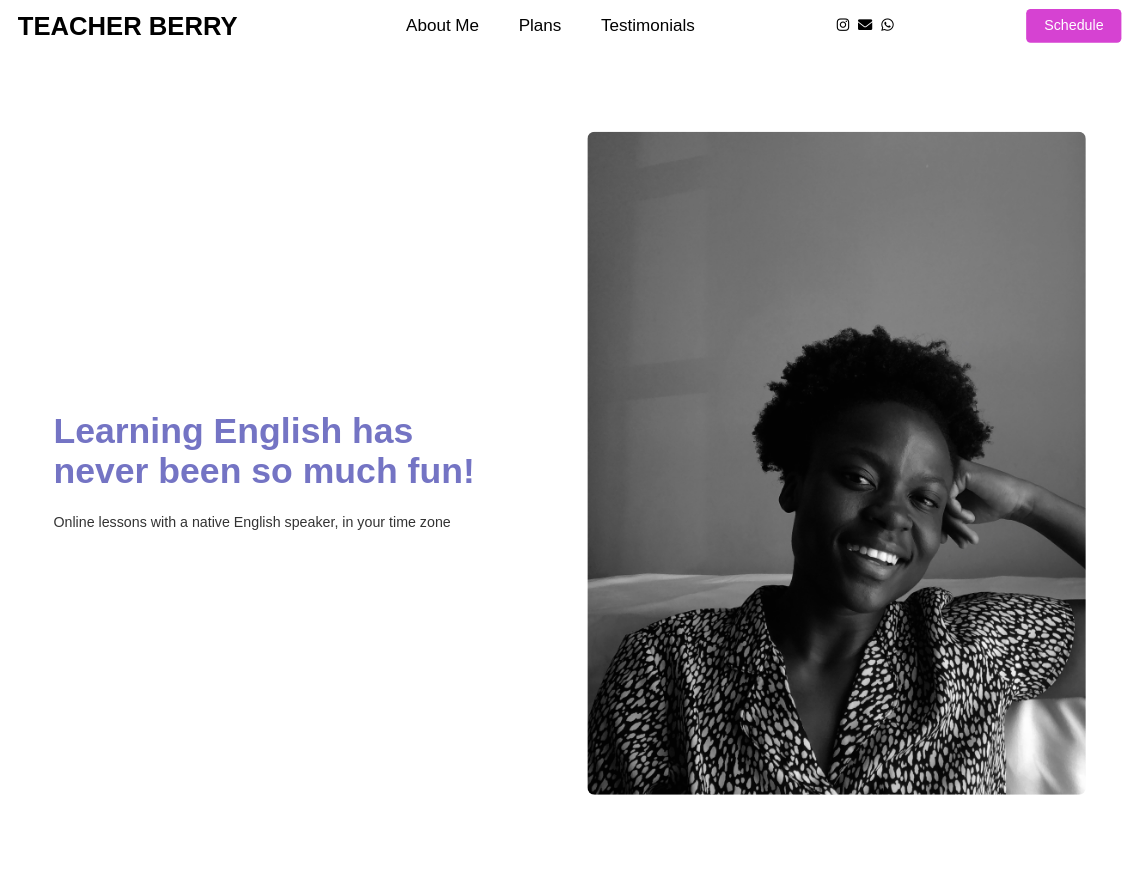
Repository: ntandomagana/esl-landing-page
Page: index.html
The author's editor kept a copy of each file at every save. The page is drawn from the files as they stood at one save, then again after the next save.
The browser window is 1280 px wide. The pictures show the whole page, at 89% of full size.

Above is the page before, as saved 2024-07-16 23:42:27.

### index.html
<!DOCTYPE html>
<html lang="en">
<head>
    <meta charset="UTF-8">
    <meta name="viewport" content="width=device-width, initial-scale=1.0">
    <link rel="stylesheet" href="https://cdnjs.cloudflare.com/ajax/libs/font-awesome/6.0.0-beta3/css/all.min.css">

    <title>Berry's English</title>
    <link rel="stylesheet" href="index.css">
</head>
<body>
    <!-- Header Section -->
    <header>
        <div class="header-container">
            <div class="logo">Teacher Berry</div>
            <nav>
                <ul>
                    <li><a href="#about">About Me</a></li>
                    <li><a href="#services">Plans</a></li>
                    <li><a href="#testimonials">Testimonials</a></li>

                </ul>
            </nav>
            <div class="social-links">
                <a href="#" class="social-link"><i class="fab fa-instagram"></i></a>
                <a href="mailto:berry@example.com" class="social-link"><i class="fas fa-envelope"></i></a>
                <a href="https://wa.me/1234567890" class="social-link"><i class="fab fa-whatsapp"></i></a>
            </div>
            <a href="#contact" class="schedule-button">Schedule</a>
        </div>
    </header>

    <!-- Left and right division -->
     <section class="content-section">
        <div class="content-wrapper">
            <div class="left-content">
                <h2>Learning English has <br />
                    never been so much fun!</h2>
                <p>Online lessons with a native English speaker, in your time zone</p>
            </div>

            <div class="right-content">
                <img src="./assets/bwpp.jpg" alt="Teacher Berry's Image">

            </div>
        </div>

     </section>
    </footer>
</body>
</html>

### index.css
/* styles.css */

body {
    font-family: Arial, Helvetica, sans-serif;
    margin: 0;
    padding: 0;
}

.header-container {
    display: flex;
    justify-content: space-between;
    align-items: center;
    padding: 10px 20px;
    background-color: white;

}

.logo {
    font-size: 1.8rem;
    font-weight: bold;
    text-transform: uppercase;
    color: black;
}

nav {
    margin-left: 20px; /* Add margin to the left of the entire nav element */
}

nav ul {
    list-style-type: none;
    padding: 0;
    margin: 0;
}

nav ul li {
    display: inline;
    margin: 20px; /* Adjust margin to add space between list items */
}

nav ul li:last-child {
    margin-right: 0;
}

nav ul li a {
    color: rgb(2, 2, 2);
    text-decoration: none;
    font-size: 1.2rem;
}

.social-links {
    display: flex;
    align-items: center;
}

.social-link {
    margin-left: 10px;
    color: black;
}

.schedule-button {
    padding: 10px 20px;
    background-color: #d642d2;
    color: #fff;
    text-decoration: none;
    border-radius: 5px;
    transition: background-color 0.3s ease;
}

.schedule-button:hover {
    background-color: #489fbc;
}

.content-section {
    padding: 50px 0;
    text-align: center;
}

.content-wrapper {
    display: flex;
    justify-content: space-around;
    align-items: stretch;
    max-width: 1200px;
    margin: 20px auto;
}

.left-content {
    flex: 1;
    padding: 20px;
    text-align: left;
    display: flex;
    flex-direction: column;
    justify-content: center;
    align-items: flex-start;
}


.left-content h2 {
    font-size: 2.5rem;
    color: rgb(116, 116, 196);
    margin-bottom: 10px;
    width: 100%;
}

.left-content p {
    font-size: 1rem;
    color: #333;
    width: 100%;
}

.right-content {
    flex: 1;
    padding: 20px;
    text-align: center;
    display: flex;
    justify-content: center;
    align-items: center;
}

.right-content img {
    max-width: 100%;
    height: auto;
    max-height: 800px; /* Example maximum height, adjust as needed */
    border-radius: 8px;
    /* Optional: Adds a subtle shadow */
}

.action-button {
    display: inline-block;
    padding: 10px 20px;
    background-color: #3498db;
    color: #fff;
    text-decoration: none;
    border-radius: 5px;
    transition: background-color 0.3s ease;
    margin-top: 20px; /* Add space above the button */
    position: relative;
     z-index: 1;
}

.action-button:hover {
    background-color: #2980b9;
}

After the next save:
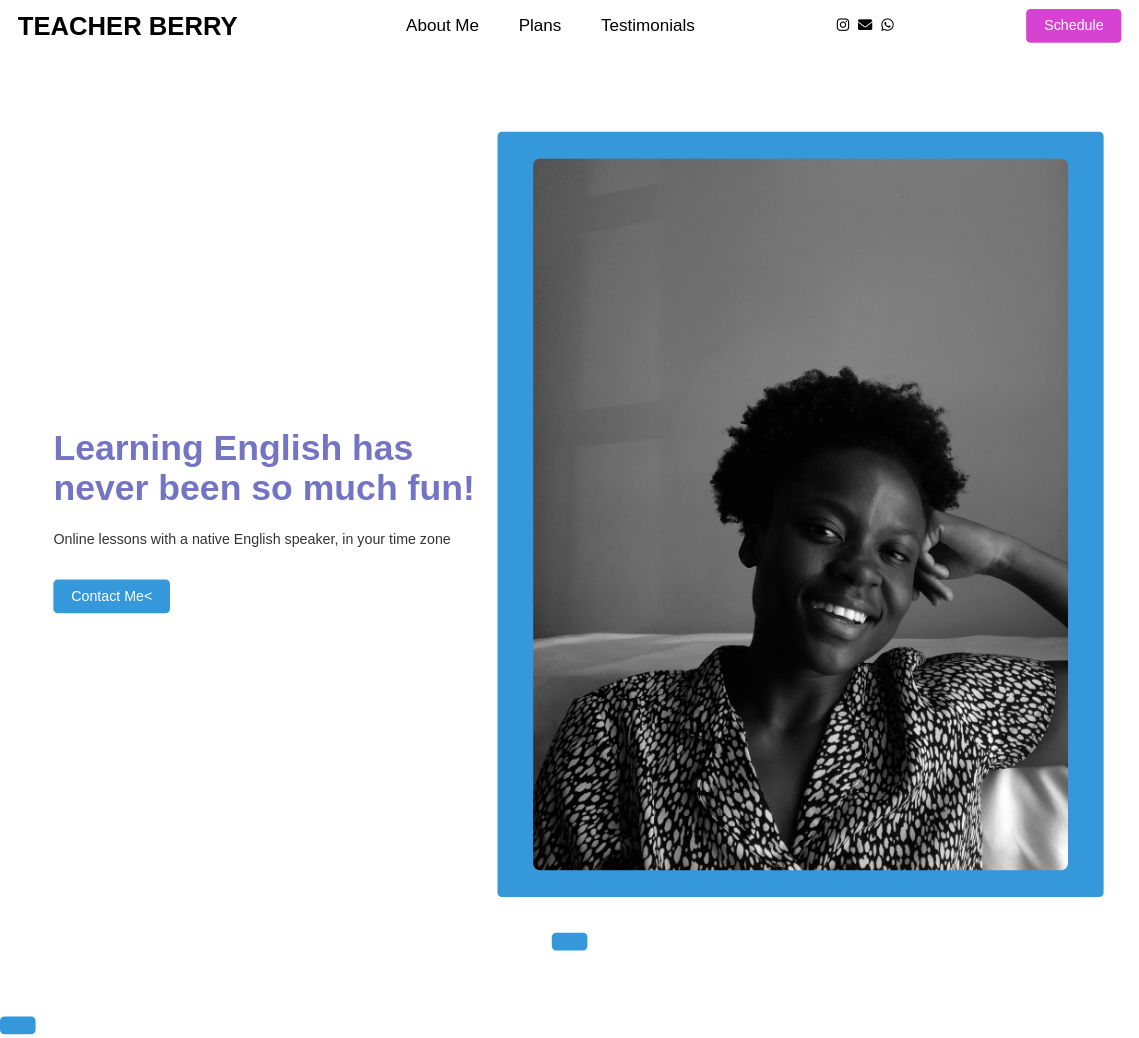
Saved 7 s later.
--- a/index.html
+++ b/index.html
@@ -37,6 +37,7 @@
                 <h2>Learning English has <br />
                     never been so much fun!</h2>
                 <p>Online lessons with a native English speaker, in your time zone</p>
+                <a href="#contact" class="action-button">Contact Me<
             </div>
 
             <div class="right-content">
